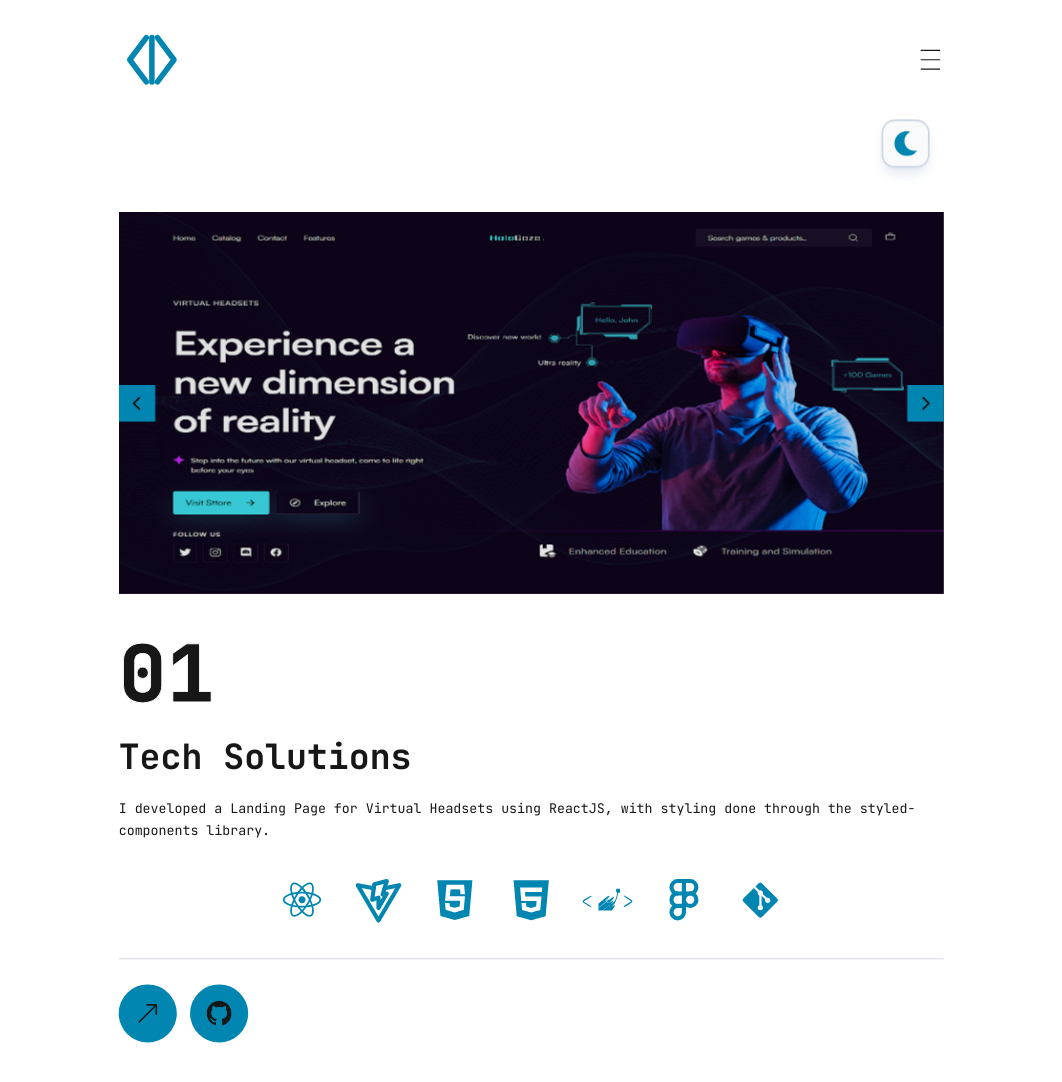
Repository: sergioscker/sergio-portfolio
Page: /work
These files come from the project's save history. The page is drawn as it stood at one moment and after the next save; the edit follows.
The browser window is 1280 px wide. The pictures show the whole page, at 83% of full size.
The project was rebuilt for these pictures with package versions that can differ from the ones it lists, and the page was loaded fresh each time. The framework's server and built-in components were replaced by stand-ins that run in the browser. Also part of the build but not shown: next.config.mjs.

Above is the page before, as saved 2025-04-29 15:06:53.

### app/layout.jsx
// fonts
import { JetBrains_Mono } from 'next/font/google';
import './globals.css';

//components
import PageTransition from '@/components/PageTransition';

// import StairTransition from '@/components/StairTransition';
import { Header } from '@/components/Header';
import ThemeSwitcher from '@/components/ThemeSwitcher';
import ThemeProviderWrapper from '@/components/ThemeProvider';
import ClientOnly from '@/components/ClientOnly';

// fonts style
const jetBrainsMono = JetBrains_Mono({
  subsets: ['latin'],
  variable: '--font-jetbrainsMono',
  weight: ['100', '200', '300', '400', '500', '600', '700', '800'],
  display: 'swap',
});

// SEO
export const metadata = {
  title: 'Sérgio Oliveira | Fullstack Developer',
  description:
    'Portfólio profissional de Sérgio Oliveira, desenvolvedor web fullstack especializado em JavaScript, React, Node.js, TypeScript e Next.js. Veja projetos de alta performance e design moderno.',
  keywords:
    'Sérgio Oliveira, portfolio desenvolvedor web, fullstack developer, frontend, JavaScript, React, Next.js, Node.js, TypeScript, projetos web',
  openGraph: {
    title: 'Portfólio | Sérgio Oliveira',
    description:
      'Explore os projetos desenvolvidos por Sérgio Oliveira: soluções modernas em React, Node.js, e mais.',

    url: 'https://sergioliveira-portfolio.vercel.app',
    type: 'website',
  },
  robots: {
    index: true,
    follow: true,
    nocache: false,
    googleBot: {
      index: true,
      follow: true,
    },
  },
};

export default function RootLayout({ children }) {
  return (
    <html lang="en">
      <head>
        <meta
          name="google-site-verification"
          content="S4CLoUW9Lhz9BwQGpCYQw1kK9LWIxFI2aWJaFR9xZfc"
        />
      </head>

      <body className={`${jetBrainsMono.variable}  antialiased`}>
        <ClientOnly>
          <ThemeProviderWrapper>
            <Header />

            <ThemeSwitcher />

            <PageTransition>{children}</PageTransition>
          </ThemeProviderWrapper>
        </ClientOnly>
      </body>
    </html>
  );
}

### app/work/page.jsx
'use client';

import Link from 'next/link';
import Image from 'next/image';

import { useState } from 'react';

// animations
import { motion } from 'framer-motion';

// slider
import { Swiper, SwiperSlide } from 'swiper/react';
import 'swiper/css';

// icons
import { BsArrowUpRight, BsGithub } from 'react-icons/bs';

import {
  SiStyledcomponents,
  SiSequelize,
  SiJest,
  SiTestinglibrary,
} from 'react-icons/si';

import {
  TbBrandTypescript,
  TbBrandPrisma,
  TbBrandTailwind,
  TbBrandNextjs,
  TbBrandVite,
  TbBrandFigma,
} from 'react-icons/tb';

import {
  DiHtml5,
  DiCss3,
  DiReact,
  DiJavascript,
  DiNodejs,
  DiAws,
  DiDocker,
  DiMongodb,
  DiPostgresql,
  DiGit,
} from 'react-icons/di';

import {
  Tooltip,
  TooltipContent,
  TooltipProvider,
  TooltipTrigger,
} from '@/components/ui/tooltip';

//components
import WorkSliderBtns from '@/components/WorkSliderBtns';

const projects = [
  {
    id: '01',
    title: 'Tech Solutions',

    description: `I developed a Landing Page for Virtual Headsets using ReactJS,
    with styling done through the styled-components library.`,

    image: '/assets/work/tech-solutions.png',

    live: 'https://tech-solutions-kappa.vercel.app',

    github: 'https://github.com/sergioliveira-developer/tech-solutions',

    stack: [
      { icon: <DiReact size={60} />, name: 'reactJS' },
      { icon: <TbBrandVite size={60} />, name: 'vite' },
      { icon: <DiJavascript size={60} />, name: 'javascript' },
      { icon: <DiHtml5 size={60} />, name: 'html5' },
      { icon: <SiStyledcomponents size={60} />, name: 'styled-components' },
      { icon: <TbBrandFigma size={60} />, name: 'figmadesigner' },
      { icon: <DiGit size={60} />, name: 'git' },
    ],
  },
  {
    id: '02',
    title: 'Tickets Management',

    description: `A complete Full Stack platform for managing internal tickets by administrators. The system allows you to create, edit and view tickets, with filters by text and status (pending, in progress, completed and rejected). It is also possible to manage user data, including name, password and department.
    The backend is built in Node.js with Sequelize and PostgreSQL, including JWT authentication, Yup validations and MVC structure. The frontend was developed with React + Vite, using TailwindCSS for the UI and full integration with the API.`,

    image: '/assets/work/ticket-management.png',

    live: 'https://ticket-managment.vercel.app',

    github: 'https://github.com/sergioscker/ticket-management',

    stack: [
      { icon: <DiReact size={60} />, name: 'reactJS' },
      { icon: <DiJavascript size={60} />, name: 'javascript' },
      { icon: <TbBrandTailwind size={60} />, name: 'tailwindcss' },
      { icon: <DiNodejs size={60} />, name: 'nodeJS' },
      { icon: <DiDocker size={60} />, name: 'docker' },
      { icon: <DiPostgresql size={60} />, name: 'postgres' },
      { icon: <SiSequelize size={60} />, name: 'ORM sequelize' },
      { icon: <DiGit size={60} />, name: 'git' },
    ],
  },
  {
    id: '03',
    title: 'TodoList Pomodoro',

    description: `This is a web application that combines a To-Do List with the Pomodoro technique to boost productivity. It allows users to organize their tasks and manage their time using 25-minute work cycles interspersed with 5-minute breaks.`,

    image: '/assets/work/todolist-pomodoro.png',

    live: 'https://todo-list-with-pomodoro.vercel.app',

    github: 'https://github.com/sergioscker/todo-list-with-pomodoro',

    stack: [
      { icon: <DiReact size={60} />, name: 'reactJS' },
      { icon: <DiJavascript size={60} />, name: 'javascript' },
      { icon: <TbBrandTailwind size={60} />, name: 'tailwindcss' },
      { icon: <DiGit size={60} />, name: 'git' },
      { icon: <TbBrandVite size={60} />, name: 'vite' },
      { icon: <SiJest size={60} />, name: 'jest' },
      { icon: <SiTestinglibrary size={60} />, name: 'testing library' },
    ],
  },
  {
    id: '04',
    title: 'Burger Shop',

    description: `BurgerShop is a full-stack application that provides a complete online burger shop experience,
      integrating a robust backend API with a fully responsive frontend interface.
      This project was developed using modern technologies, focusing on practicality,
      efficiency, and security, offering a comprehensive end-to-end solution.`,

    image: '/assets/work/burger-shop.png',

    live: 'https://burguershop-eight.vercel.app',

    github: 'https://github.com/sergioscker/burguer-shop',

    stack: [
      { icon: <DiReact size={60} />, name: 'reactJS' },
      { icon: <DiJavascript size={60} />, name: 'javascript' },
      { icon: <SiStyledcomponents size={60} />, name: 'styled-components' },
      { icon: <DiNodejs size={60} />, name: 'nodeJS' },
      { icon: <DiDocker size={60} />, name: 'docker' },
      { icon: <DiPostgresql size={60} />, name: 'postgres' },
      { icon: <DiMongodb size={60} />, name: 'mongoDB' },
      { icon: <DiAws size={60} />, name: 'amazon web services' },
    ],
  },

  {
    id: '05',
    title: 'ToDo - List',

    description: `Todo List application built with NextJS, React, and TailwindCSS,
    leveraging modern libraries to ensure a rich and fluid user experience.
    The application is modular, accessible, and easy to customize.`,

    image: '/assets/work/todolist.png',

    live: 'https://todo-list-tasks-two.vercel.app',

    github: 'https://github.com/sergioscker/todo-list',
    stack: [
      { icon: <DiReact size={60} />, name: 'reactJS' },
      { icon: <DiHtml5 size={60} />, name: 'html5' },
      { icon: <DiJavascript size={60} />, name: 'javascript' },
      { icon: <TbBrandNextjs size={60} />, name: 'nextJS' },
      { icon: <TbBrandTailwind size={60} />, name: 'tailwindCSS' },
      { icon: <TbBrandFigma size={60} />, name: 'figmadesigner' },
      { icon: <DiGit size={60} />, name: 'git' },
    ],
  },

  {
    id: '06',
    title: 'Finantial Control',

    description: `Financial Control is a full-stack application designed to manage and track personal finances.
    It includes a backend API built with NodeJS and TypeScript and a responsive frontend interface using React and Vite.
     The project provides a seamless way to visualize, manage, and track financial data with dynamic charts and detailed forms.`,

    image: '/assets/work/dev-bills.png',

    live: 'https://finantialcontrol.vercel.app',

    github: 'https://github.com/sergioscker/finantial-controls',

    stack: [
      { icon: <TbBrandTypescript size={60} />, name: 'typescript' },
      { icon: <DiJavascript size={60} />, name: 'javascript' },
      { icon: <SiStyledcomponents size={60} />, name: 'styled-components' },
      { icon: <DiMongodb size={60} />, name: 'mongoDB' },
      { icon: <DiNodejs size={60} />, name: 'nodeJS' },
      { icon: <DiGit size={60} />, name: 'git' },
    ],
  },

  {
    id: '07',
    title: 'Users Office',

    description: `This project, named Users-office 💻, is a React-based web application designed for a modern and interactive user experience.
    It uses the latest tools and dependencies to optimize development and ensure high performance in production.`,

    image: '/assets/work/users-office.png',

    live: 'https://users-office.vercel.app',

    github: 'https://github.com/sergioliveira-developer/Users-Office',

    stack: [
      { icon: <DiReact size={60} />, name: 'reactJS' },
      { icon: <DiJavascript size={60} />, name: 'javascript' },
      { icon: <SiStyledcomponents size={60} />, name: 'styled-components' },
      { icon: <DiNodejs size={60} />, name: 'nodeJS' },
      { icon: <DiMongodb size={60} />, name: 'mongodb' },
      { icon: <TbBrandPrisma size={60} />, name: 'prisma' },
      { icon: <DiGit size={60} />, name: 'git' },
    ],
  },

  {
    id: '09',
    title: 'Convert Money',

    description: `Currency converter made using HTML, CSS and JavaScript languages.
    Conversion can be made from Brazilian Real to US Dollar, Euro, Pound or Bitcoins.`,

    image: '/assets/work/convert-money.png',

    live: 'https://converter-coins.vercel.app',

    github: 'https://github.com/sergioliveira-developer/Convert-Money',

    stack: [
      { icon: <DiHtml5 size={60} />, name: 'html5' },
      { icon: <DiCss3 size={60} />, name: 'css3' },
      { icon: <DiJavascript size={60} />, name: 'javascript' },
      { icon: <DiGit size={60} />, name: 'git' },
    ],
  },
];

const Work = () => {
  const [project, setProject] = useState(projects[0]);

  const handleSlideChange = (swiper) => {
    // get current slide index
    const currentIndex = swiper.activeIndex;

    // update project state based on current slide index
    setProject(projects[currentIndex]);
  };

  return (
    <motion.section
      initial={{ opacity: 0 }}
      animate={{
        opacity: 1,
        transition: { delay: 2.4, duration: 0.4, ease: 'easeIn' },
      }}
      className="min-h-[30vh] flex flex-col justify-center py-12 xl:p-8 xl:mt-5"
    >
      <div className="container mx-auto pt-18 mt-16">
        <div className="flex flex-col xl:flex-row xl:gap-[30px] ">
          {/* projects container */}
          <div
            className="w-full xl:w-[50%] xl:h-[460px] flex
           flex-col xl:justify-between order-2 xl:order-none"
          >
            <div className="flex flex-col gap-[30px] h-[50%]">
              {/* outline id */}
              <div className="text-8xl leanding-none font-extrabold dark:text-transparent text-outline">
                {project.id}
              </div>

              {/* projects category */}
              <h2
                className="text-[42px] font-bold leading-none dark:text-white
               group-hover:text-accent-hover transition-all duration-500 capitalize"
              >
                {project.title}
              </h2>

              {/* projects description */}
              <p className="dark:text-white/60 leading-relaxed">
                {project.description}
              </p>

              {/* stacks */}
              <ul className="flex justify-center items-center gap-3 flex-wrap">
                {project.stack.map((item, index) => {
                  return (
                    <li key={index} className="text-xl text-accent">
                      <TooltipProvider delayDuration={100}>
                        <Tooltip>
                          <TooltipTrigger className="w-[80px] h-[80px] p-8 rounded-md bg-white/5 flex justify-center items-center group">
                            <span className="dark:text-white text-4xl group-hover:text-accent-hover">
                              {item.icon}
                            </span>
                          </TooltipTrigger>

                          <TooltipContent>
                            <span>{item.name}</span>
                          </TooltipContent>
                        </Tooltip>
                      </TooltipProvider>
                    </li>
                  );
                })}
              </ul>

              {/* border */}
              <div className="border dark:border-white/20"></div>

              {/* buttons */}
              <div className="flex items-center gap-4">
                {/* live project button */}
                <Link
                  href={project.live}
                  target="_blank"
                  rel="noopener noreferrer"
                >
                  <TooltipProvider delayDuration={100}>
                    <Tooltip>
                      <TooltipTrigger className="w-[70px] h-[70px] rounded-full dark:bg-white/5 bg-accent flex justify-center items-center group">
                        <BsArrowUpRight className="dark:text-white text-3xl group-hover:text-accent-hover" />
                      </TooltipTrigger>

                      <TooltipContent>
                        <p>Live project</p>
                      </TooltipContent>
                    </Tooltip>
                  </TooltipProvider>
                </Link>

                {/* github project button */}
                <Link
                  href={project.github}
                  target="_blank"
                  rel="noopener noreferrer"
                >
                  <TooltipProvider delayDuration={100}>
                    <Tooltip>
                      <TooltipTrigger className="w-[70px] h-[70px] rounded-full dark:bg-white/5 bg-accent flex justify-center items-center group">
                        <BsGithub className="dark:text-white text-3xl group-hover:text-accent-hover" />
                      </TooltipTrigger>
                      <TooltipContent>
                        <p>GitHub repository</p>
                      </TooltipContent>
                    </Tooltip>
                  </TooltipProvider>
                </Link>
              </div>
            </div>
          </div>

          {/* sliders container */}
          <div className="w-full xl:w-[50%]">
            <Swiper
              spaceBetween={30}
              slidesPerView={1}
              className="xl:h-[520px] mb-12"
              onSlideChange={handleSlideChange}
            >
              {projects.map((project, index) => {
                return (
                  <SwiperSlide key={index} className="w-full ">
                    <div
                      className="h-[460px] relative group flex justify-center
                    items-center bg-pink-50/20"
                    >
                      {/* overlay */}
                      <div className="absolute top-0 bottom-0 w-full h-full bg-black/10 z-10"></div>

                      {/* project image */}
                      <div className="relative w-full h-full">
                        <Image
                          src={project.image}
                          className="object-fill"
                          quality={100}
                          sizes="(max-width: 768px) 100vw, (max-width: 1280px) 50vw, 50vw"
                          alt="project-image"
                          fill
                        />
                      </div>
                    </div>
                  </SwiperSlide>
                );
              })}

              {/* slider buttons */}
              <WorkSliderBtns
                containerStyles="flex gap-2 absolute right-0 bottom-[calc(50%_-_22px)]
                xl:bottom-0 z-20 w-full justify-between xl:w-max xl:justify-none"
                btnStyles="bg-accent hover:bg-accent-hover text-primary text-[22px]
                 w-[44px] h-[44px] flex justify-center items-center transition-all"
              />
            </Swiper>
          </div>
        </div>
      </div>
    </motion.section>
  );
};

export default Work;

### app/globals.css
@tailwind base;
@tailwind components;
@tailwind utilities;

@layer base {
  body {
    @apply font-primary bg-white text-neutral-900 leading-loose;
    @apply dark:bg-primary dark:text-white leading-loose;
    font-family: var(--font-jetbrainsMono);
  }

  .h1 {
    @apply text-[48px] xl:text-[80px] leading-[1.1] font-semibold;
  }

  .h2 {
    @apply text-[36px] xl:text-[48px] leading-[1.1] font-semibold;
  }

  .h3 {
    @apply text-[20px] xl:text-[32px] leading-[1.1] font-semibold;
  }
}

/* Estilos personalizados */
.text-outline {
  -webkit-text-stroke: 1px #ffffff;
}

.text-outline-hover {
  -webkit-text-stroke: 1px #4a8fff;
}

### components/PageTransition.jsx
'use client';

import { AnimatePresence, motion } from 'framer-motion';
import { usePathname } from 'next/navigation';

const PageTransition = ({ children }) => {
  const pathname = usePathname();

  return (
    <AnimatePresence>
      <div key={pathname}>
        <motion.div
          initial={{ opacity: 1 }}
          animate={{
            opacity: 0,
            transition: { delay: 1, duration: 0.4, ease: 'easeInOut' },
          }}
          className="h-screen w-screen fixed bg-primary top-0 pointer-events-none"
        />
        {children}
      </div>
    </AnimatePresence>
  );
};

export default PageTransition;

### components/Header.jsx
import Link from 'next/link';
import { Button } from './ui/button';

//components
import Nav from './Nav';
import MobileNav from './MobileNav';
import Image from 'next/image';

export const Header = () => {
  return (
    <header className="py-8 xl:py-14 dark:text-white">
      <div className="container mx-auto flex justify-between items-center ">
        {/* logo */}
        <Link href="/">
          <Image
            src="/assets/icon.svg"
            alt="icon"
            priority
            quality={100}
            width={80}
            height={80}
            className="object-contain"
            draggable="false"
          />
        </Link>

        {/* desktop nav & hire me button */}
        <div className="hidden xl:flex items-center gap-8">
          <Nav />
          <Link href="/contact">
            <Button>Hire me</Button>
          </Link>
        </div>

        {/* mobile nav */}
        <div className="xl:hidden">
          <MobileNav />
        </div>
      </div>
    </header>
  );
};

### components/ThemeSwitcher.jsx
'use client';

import { useTheme } from 'next-themes';
import { FaSun, FaMoon } from 'react-icons/fa';

export default function ThemeSwitcher() {
  const { theme, setTheme } = useTheme();

  return (
    <button
      className="dark:bg-neutral-900 bg-slate-50 hover:text-accent-hover text-accent fixed right-3
    lg:right-40 top-[6.1rem] md:top-36 p-3 border-2 hover:border-slate-400 border-slate-300
     dark:border-neutral-800 dark:hover:border-neutral-500
     rounded-2xl shadow-lg dark:shadow-black shadow-slate-200
     transition delay-100 ease-linear z-40"
      onClick={() => setTheme(theme === 'dark' ? 'light' : 'dark')}
    >
      {theme === 'dark' ? <FaSun size={30} /> : <FaMoon size={30} />}
    </button>
  );
}

### components/ThemeProvider.jsx
'use client';

import { ThemeProvider } from 'next-themes';

export default function ThemeProviderWrapper({ children }) {
  return <ThemeProvider attribute="class">{children}</ThemeProvider>;
}

### components/ClientOnly.jsx
'use client';

import { useEffect, useState } from 'react';

export default function ClientOnly({ children }) {
  const [hasMounted, setHasMounted] = useState(false);

  useEffect(() => {
    setHasMounted(true);
  }, []);

  if (!hasMounted) {
    return null;
  }

  return <>{children}</>;
}

### components/ui/tooltip.jsx
'use client';

import * as React from 'react';
import * as TooltipPrimitive from '@radix-ui/react-tooltip';

import { cn } from '@/lib/utils';

const TooltipProvider = TooltipPrimitive.Provider;

const Tooltip = TooltipPrimitive.Root;

const TooltipTrigger = TooltipPrimitive.Trigger;

const TooltipContent = React.forwardRef(
  ({ className, sideOffset = 4, ...props }, ref) => (
    <TooltipPrimitive.Content
      ref={ref}
      sideOffset={sideOffset}
      className={cn(
        'z-50 overflow-hidden rounded-md border border-slate-200 bg-slate-700  px-3 py-1.5 text-sm text-white shadow-md animate-in fade-in-0 zoom-in-95 data-[state=closed]:animate-out data-[state=closed]:fade-out-0 data-[state=closed]:zoom-out-95 data-[side=bottom]:slide-in-from-top-2 data-[side=left]:slide-in-from-right-2 data-[side=right]:slide-in-from-left-2 data-[side=top]:slide-in-from-bottom-2 dark:border-slate-800 dark:bg-white dark:text-slate-900',
        className,
      )}
      {...props}
    />
  ),
);
TooltipContent.displayName = TooltipPrimitive.Content.displayName;

export { Tooltip, TooltipTrigger, TooltipContent, TooltipProvider };

### components/WorkSliderBtns.jsx
'use client';

import { useSwiper } from 'swiper/react';
import { PiCaretLeftBold, PiCaretRightBold } from 'react-icons/pi';

const WorkSliderBtns = ({ containerStyles, btnStyles, iconsStyles }) => {
  const swiper = useSwiper();

  return (
    <div className={containerStyles}>
      <button className={btnStyles} onClick={() => swiper.slidePrev()}>
        <PiCaretLeftBold className={iconsStyles} />
      </button>

      <button className={btnStyles} onClick={() => swiper.slideNext()}>
        <PiCaretRightBold className={iconsStyles} />
      </button>
    </div>
  );
};

export default WorkSliderBtns;

### components/Nav.jsx
'use client';

import Link from 'next/link';
import { usePathname } from 'next/navigation';

const links = [
  {
    name: 'home',
    path: '/',
  },
  {
    name: 'services',
    path: '/services',
  },
  {
    name: 'resume',
    path: '/resume',
  },
  {
    name: 'work',
    path: '/work',
  },
  {
    name: 'contact',
    path: '/contact',
  },
];

const Nav = () => {
  const pathname = usePathname();

  return (
    <nav className="flex gap-8">
      {links.map((link, index) => {
        return (
          <Link
            href={link.path}
            key={index}
            className={`${
              link.path === pathname && 'text-accent border-b-2 border-accent'
            } capitalize font-medium hover:text-accent-hover transition-all`}
          >
            {link.name}
          </Link>
        );
      })}
    </nav>
  );
};

export default Nav;

Loaded but not shown: lib/utils.js (common file); tailwind.config.js (40 lines, source omitted); components/ui/sheet.jsx (122 lines, source omitted); components/MobileNav.jsx (89 lines, source omitted); components/ui/button.jsx (46 lines, source omitted)

After the next save:
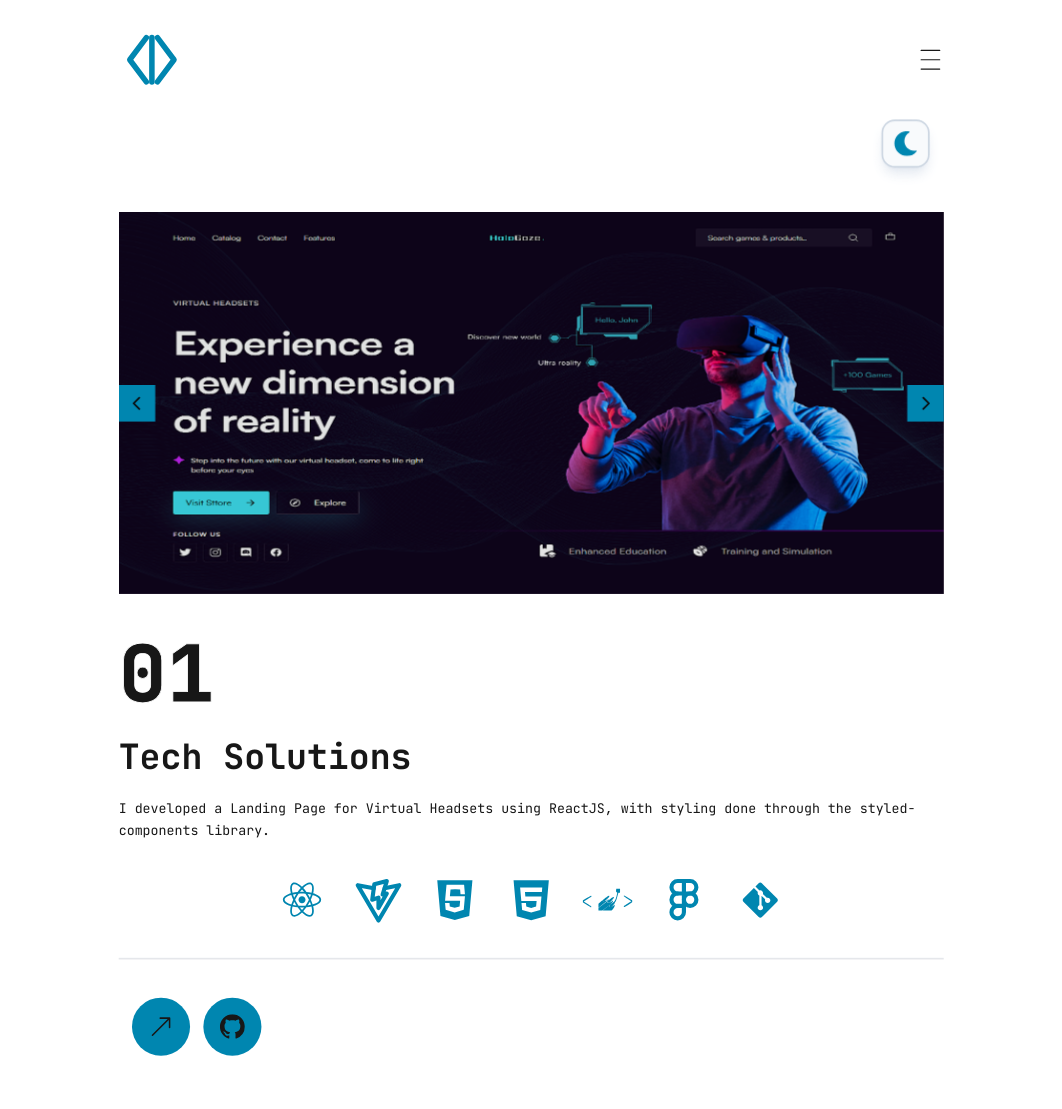
Saved 32 s later.
--- a/app/work/page.jsx
+++ b/app/work/page.jsx
@@ -318,7 +318,7 @@ const Work = () => {
               <div className="border dark:border-white/20"></div>
 
               {/* buttons */}
-              <div className="flex items-center gap-4">
+              <div className="flex items-center gap-4 m-4">
                 {/* live project button */}
                 <Link
                   href={project.live}
